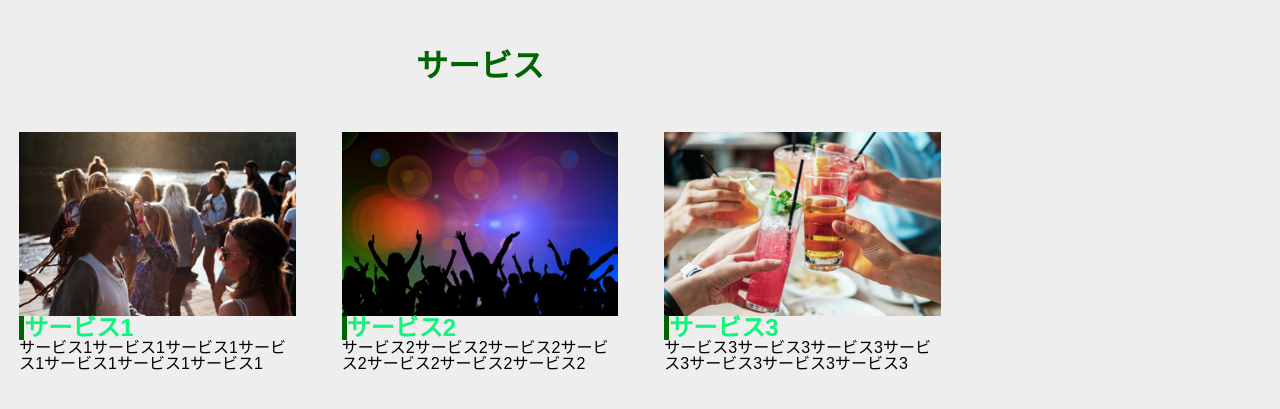
Repository: sonoyama01/dezasuta
Page: 第３回課題/work2/index.html
An editor plug-in stored every save of this project. The page is shown before and after the next save, followed by the edit.
The browser window is 1280 px wide. The pictures show the whole page.

Above is the page before, as saved 2024-04-27 23:18:28.

### 第３回課題/work2/index.html
<!DOCTYPE html>
<html lang="ja">

<head>
    <meta charset="UTF-8">
    <meta name="viewport" content="width=device-width, initial-scale=1.0">
    <title>第3回課題work2</title>
    <link rel="stylesheet" href="./css/reset.css">
    <link rel="stylesheet" href="./css/style.css">
</head>

<body>
    <h1>サービス</h1>
    <div class="box">
        <div>
            <img src="./images/main_1.jpg" alt="">
            <h2>サービス1</h2>
            <p>サービス1サービス1サービス1サービス1サービス1サービス1サービス1</p>
        </div>

        <div>
            <img src="./images/main_2.png" alt="">
            <h2>サービス2</h2>
            <p>サービス2サービス2サービス2サービス2サービス2サービス2サービス2</p>
        </div>

        <div>
            <img src="./images/main_3.png" alt="">
            <h2>サービス3</h2>
            <p>サービス3サービス3サービス3サービス3サービス3サービス3サービス3</p>
        </div>
    </div>

</body>

</html>

### 第３回課題/work2/css/reset.css
@charset "utf-8";

/* cssリセット */

/*利用するタグによってこちらの内容は増やす*/

html,
body,
h1,
h2,
h3,
p,
dl,
dt,
dd,
ul,
li {
  margin: 0;
  padding: 0;
  line-height: 1;
  /*デフォルトの文字色、font-familyを予め当てておく*/
  color: #000;
  font-family: "游ゴシック体", YuGothic, "游ゴシック", "Yu Gothic", "メイリオ",
    "Hiragino Kaku Gothic ProN", "Hiragino Sans", sans-serif;
}

a {
  /*下線を消す*/
  text-decoration: none;
  /*色を消す*/
  color: inherit;
}

ul {
  /*左の「・」を消す*/
  list-style: none;
}

img {
  max-width: 100%;
  vertical-align: bottom;
  border: none;
}

### 第３回課題/work2/css/style.css
@charset "utf-8";

body {
  width: 960px;
  background-color: #eeeeee;
}
h1 {
  text-align: center;
  color: #006400;
  margin: 50px auto;
}

h2 {
  color: rgb(12, 246, 125);
  border-left: 5px solid #006400;
}

.box {
  display: flex;
  justify-content: space-between;
  padding: 0 2%;
}
.box div {
  width: 30%;
}

After the next save:
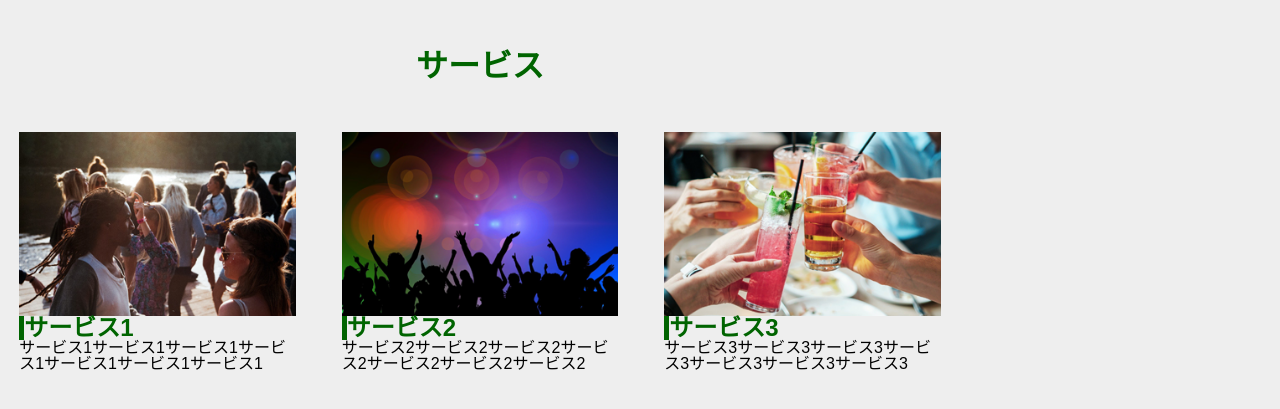
Saved 18 s later.
--- a/第３回課題/work2/css/style.css
+++ b/第３回課題/work2/css/style.css
@@ -11,7 +11,7 @@ h1 {
 }
 
 h2 {
-  color: rgb(12, 246, 125);
+  color: #006400;
   border-left: 5px solid #006400;
 }
 
